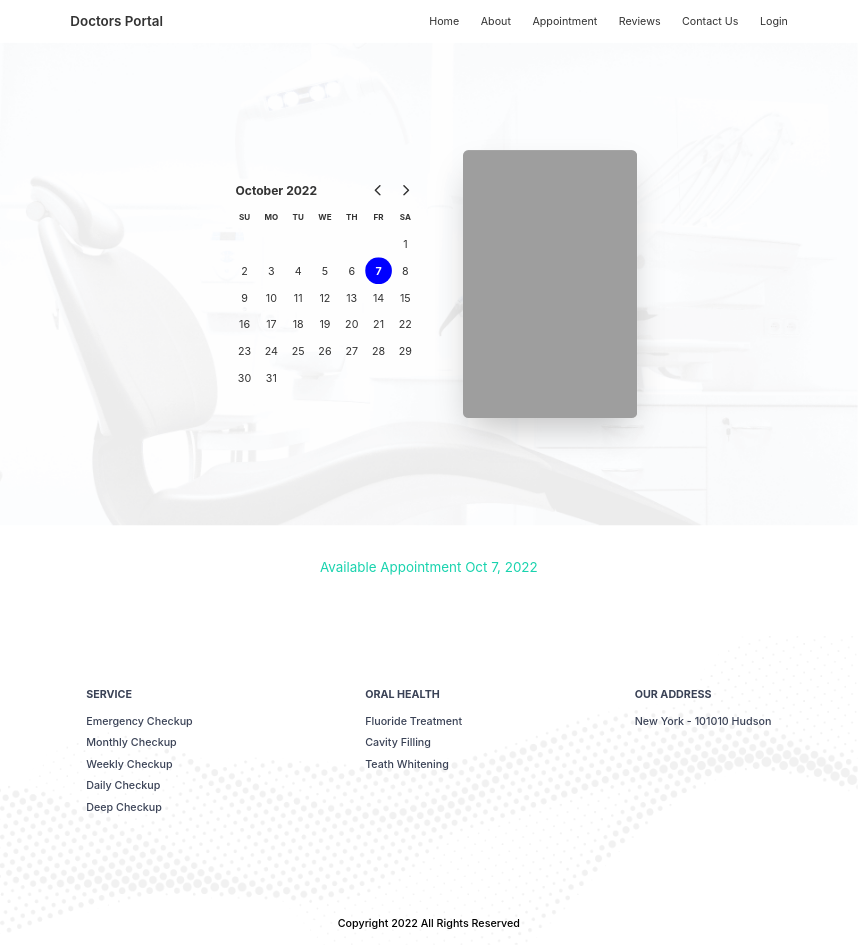
Repository: shikubro90/doctorsportal
Page: /appointment
An editor plug-in stored every save of this project. The page is shown before and after a run of saves, followed by the edit.
The browser window is 1280 px wide. The pictures show the whole page, at 67% of full size.
Pictures or frames that could not be fetched are drawn as grey boxes. The project was rebuilt for these pictures with package versions that can differ from the ones it lists, and the page was loaded fresh each time. Also part of the build but not shown: src/App.css, src/Pages/About/About.jsx, src/Shared/ButtonPrimary.jsx, src/Pages/Home/AppointmentCard.jsx, src/Pages/Home/AppointmentSection.jsx, src/Pages/Home/Banner.jsx, src/Pages/Home/MiniCard.jsx, src/Pages/Home/BasicInfo.jsx and 6 more.

Above is the page before, as saved 2022-10-07 13:44:35.

After the next 4 saves:
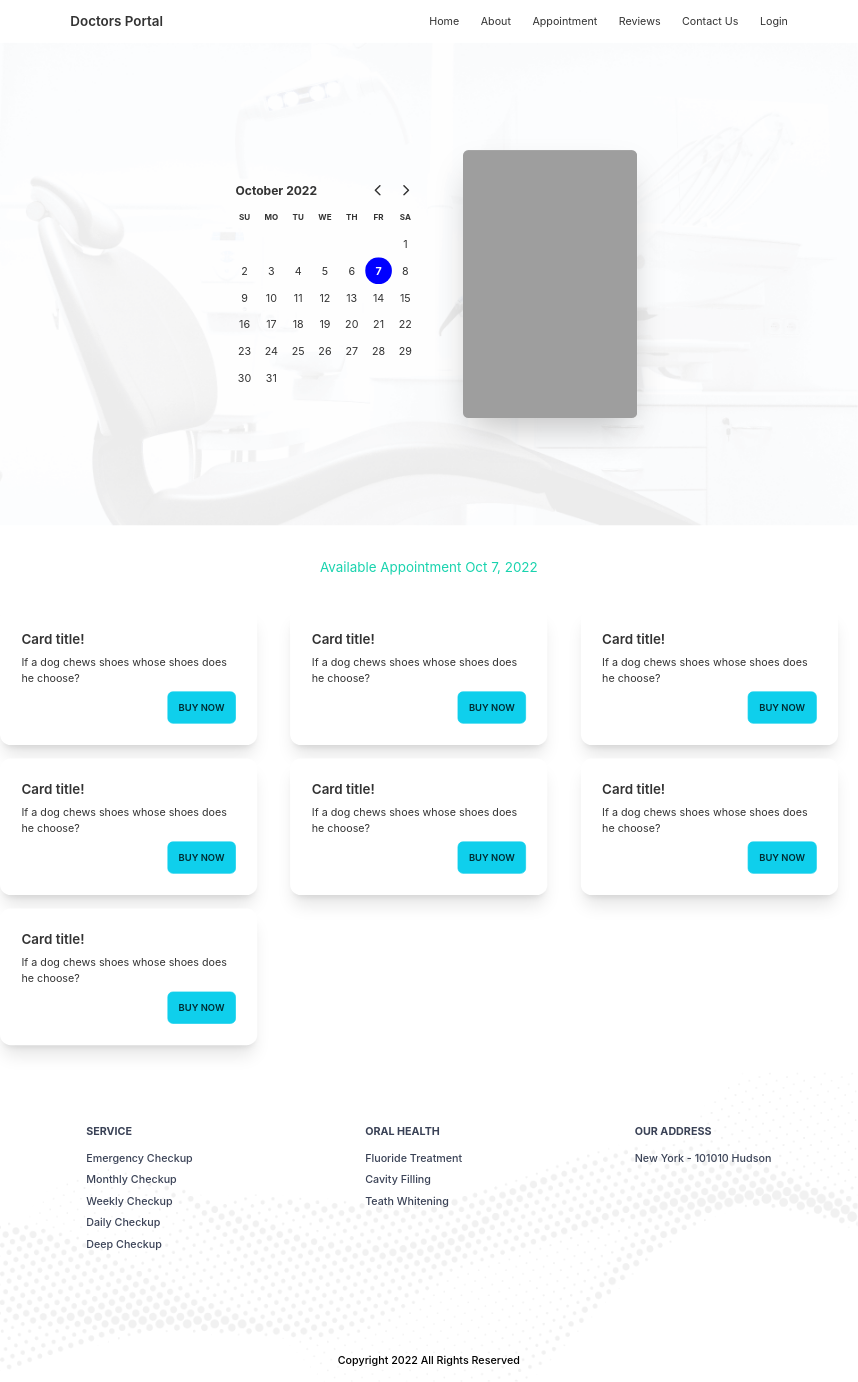
The 4 saves are shown as one change because they came seconds apart.
The last was saved 11 s later.
--- a/src/Pages/Appointment/AvailableAppointment.jsx
+++ b/src/Pages/Appointment/AvailableAppointment.jsx
@@ -1,5 +1,6 @@
 import format from 'date-fns/format'
 import { useEffect, useState } from 'react'
+import Services from './Services'
 
 
 const AvailableAppointment = ({ date }) => {
@@ -21,7 +22,11 @@ const AvailableAppointment = ({ date }) => {
         Available Appointment {format(date, 'PP')}{' '}
       </h3>
       <div className="grid grid-cols-1 md:grid-cols-2 lg:grid-cols-3 gap-5">
-        {serviceData.map((service)=>{})}
+        {serviceData.map((service)=>{
+          return(
+            <Services/>
+          )
+        })}
       </div>
     </div>
   )
